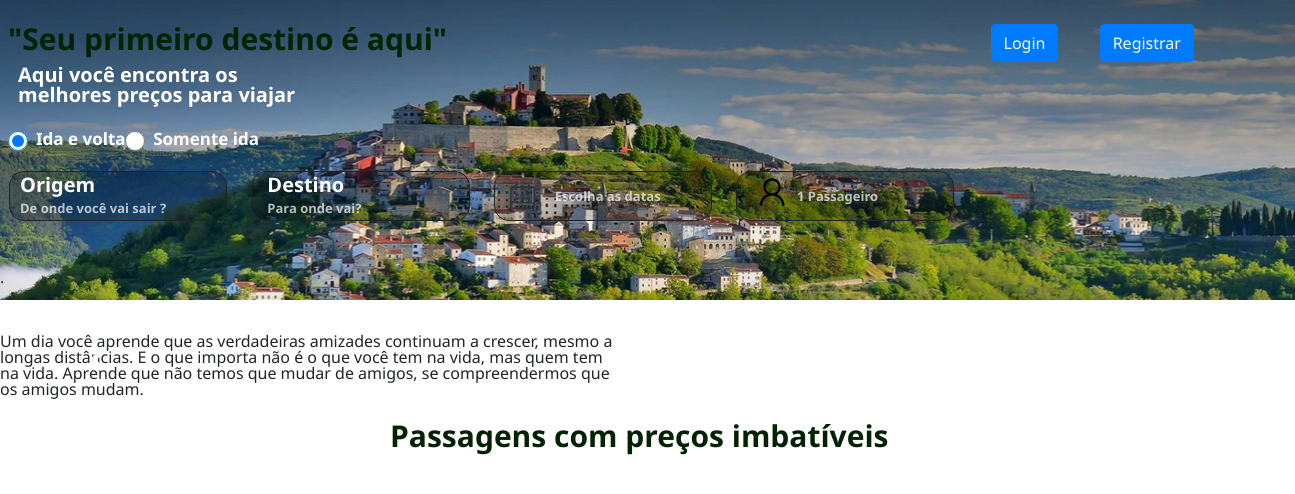
Repository: VictorFlay/Aplicacao-WEB
Page: http://localhost/ProjetoWeb/
An editor plug-in stored every save of this project. The page is shown before and after the next save, followed by the edit.
The browser window is 1280 px wide. The page is 1295 px wide, so the pictures cover 1295 px, including what lies to the right of the window. The pictures show the whole page.
Some web libraries are served in a nearby version. The page is served by Tomcat 9. Other server files are loaded and not shown. Queries for data that is not in the repository find no rows.

Above is the page before, as saved 2021-07-14 19:19:30.

### ProjetoWeb/WebContent/index.jsp
<%@page import="model.Passagem" %>
<html lang="pt">
<head>
	<%@ page contentType="text/html; charset=UTF-8" %>
 <meta http-equiv="Content-Type" content="text/html; charset=UTF-8" />
    <script
  src="https://code.jquery.com/jquery-3.6.0.js"
  integrity="sha256-H+K7U5CnXl1h5ywQfKtSj8PCmoN9aaq30gDh27Xc0jk="
  crossorigin="anonymous"></script>
    <meta charset="UTF-8">
    <meta http-equiv="X-UA-Compatible" content="IE=edge">
    <meta name="viewport" content="width=device-width, initial-scale=1.0">
    <link rel="stylesheet" type="text/css" href="css/design.css">
    <script src="https://code.jquery.com/jquery-3.2.1.slim.min.js" integrity="sha384-KJ3o2DKtIkvYIK3UENzmM7KCkRr/rE9/Qpg6aAZGJwFDMVNA/GpGFF93hXpG5KkN" crossorigin="anonymous"></script>

    <!-- Bootstrap CSS -->
    <link rel="stylesheet" href="https://maxcdn.bootstrapcdn.com/bootstrap/4.0.0/css/bootstrap.min.css" integrity="sha384-Gn5384xqQ1aoWXA+058RXPxPg6fy4IWvTNh0E263XmFcJlSAwiGgFAW/dAiS6JXm" crossorigin="anonymous">

    <title>Document</title>
    <%
    	String carousel = new Passagem().CarouselPromocao();
    	String carouselcards = new Passagem().CarouselCards();
    	String nome = (String) session.getAttribute("nome");
    %>
</head>
<body>



    <script src="https://cdnjs.cloudflare.com/ajax/libs/popper.js/1.12.9/umd/popper.min.js" integrity="sha384-ApNbgh9B+Y1QKtv3Rn7W3mgPxhU9K/ScQsAP7hUibX39j7fakFPskvXusvfa0b4Q" crossorigin="anonymous"></script>
    <script src="https://maxcdn.bootstrapcdn.com/bootstrap/4.0.0/js/bootstrap.min.js" integrity="sha384-JZR6Spejh4U02d8jOt6vLEHfe/JQGiRRSQQxSfFWpi1MquVdAyjUar5+76PVCmYl" crossorigin="anonymous"></script>
    <meta name="viewport" content="width=device-width, initial-scale=1, shrink-to-fit=no">


    <div class="container-fluid px-0">


        <img src="img/menu.jpg" class="img-responsive" alt="Responsive image" id="imagem">


    <div class="row">


        <div class="col-12 col-lg-9 justify-content-between mt-4 ml-2" id="mensagem">
            "Seu primeiro destino é aqui"
        </div>



	<% if(nome == null){ %>
    <div class="col-4 col-lg-1 mt-4">
      			<button type="button" class="btn btn-primary" data-toggle="modal" data-target="#login" data-whatever="@mdo">Login</button>

				<div class="modal fade" id="login" tabindex="-1" role="dialog" aria-labelledby="exampleModalLabel" aria-hidden="true">
				  <div class="modal-dialog" role="document">
				    <div class="modal-content">
				      <div class="modal-header">
				        <h5 class="modal-title" id="exampleModalLabel">Login</h5>
				        <button type="button" class="close" data-dismiss="modal" aria-label="Close">
				          <span aria-hidden="true">&times;</span>
				        </button>
				      </div>
				      <div class="modal-body">
				        <form method="POST" id="login-form">
				          <div class="form-group">
				          	<div class="alert alert-danger center" role="alert" id="errologin">

							</div>

				            <label for="login" class="col-form-label">Login:</label>
				            <input type="text" class="form-control" id="username" name="username">
				          </div>

				          <div class="form-group">

							<label for="senha" class="col-form-label">Senha:</label>
				            <input type="password" class="form-control" id="senha" name="senha">

				          </div>




				      <div class="modal-footer">
				        <button type="button" class="btn btn-secondary" data-dismiss="modal">Close</button>
				        <button type="submit" class="btn btn-primary">Send message</button>
				      </div>
				      </form>
				      </div>
				    </div>
				  </div>
				</div>



    </div>

<div class="col-4 col-lg-1 mt-4">
      			<button type="button" class="btn btn-primary" data-toggle="modal" data-target="#registrar" data-whatever="@mdo">Registrar</button>

				<div class="modal fade" id="registrar" tabindex="-1" role="dialog" aria-labelledby="exampleModalLabel" aria-hidden="true">
				  <div class="modal-dialog" role="document">
				    <div class="modal-content">
				      <div class="modal-header">
				        <h5 class="modal-title" id="exampleModalLabel">Registrar</h5>
				        <button type="button" class="close" data-dismiss="modal" aria-label="Close">
				          <span aria-hidden="true">&times;</span>
				        </button>
				      </div>
				      <div class="modal-body">
				        <form method="POST" id="register-form">
				        	<div class="alert alert-danger center" role="alert" id="erro">
  								Nome ou Login já cadastrado!
							</div>
				          <div class="form-group">
				            <label for="nome" class="col-form-label">Nome Completo:</label>
				            <input type="text" class="form-control" id="nome" name="nome">
				          </div>

				          <div class="form-group">
							<label for="login" class="col-form-label">Login:</label>
				            <input type="text" class="form-control" id="cxlogin" name="cxlogin">
				          </div>

				          <div class="form-group">
							<label for="senha" class="col-form-label">Senha:</label>
				            <input type="password" class="form-control" id="cxsenha" name="cxsenha">
				          </div>

				         <div class="form-row">
						<div class="form-group col-md-6">
							<label for="telefone" class="col-form-label">Telefone:</label>
				            <input type="text" class="form-control" id="telefone" placeholder="Digite seu telefone..." name="telefone">
				          </div>


						<div class="form-group col-md-3 ml-4">
							<label for="estado" class="col-form-label">Estado</label>
      						<select id="estado" class="form-control">
	        					<option value="AC" selected>AC</option>
	       						<option value="AL">AL</option>
	       						<option value="AP">AP</option>
	       						<option value="AM">AM</option>
	       						<option value="BA">BA</option>
	       						<option value="CE">CE</option>
	       						<option value="ES">ES</option>
	       						<option value="GO">GO</option>
	       						<option value="MA">MA</option>
	       						<option value="MT">MT</option>
	       						<option value="MS">MS</option>
	       						<option value="MG">MG</option>
	       						<option value="PA">PA</option>
	       						<option value="PB">PB</option>
	       						<option value="PR">PR</option>
	       						<option value="PE">PE</option>
	       						<option value="PI">PI</option>
	       						<option value="RJ">RJ</option>
	       						<option value="RN">RN</option>
	       						<option value="RS">RS</option>
	       						<option value="RO">RO</option>
	       						<option value="RR">RR</option>
	       						<option value="SC">SC</option>
	       						<option value="SP">SP</option>
	       						<option value="SE">SE</option>
	       						<option value="TO">TO</option>
	       						<option value="DF">DF</option>
      						</select>
						</div>
				      </div>


				      <div class="modal-footer">
				        <button type="button" class="btn btn-secondary" data-dismiss="modal">Close</button>
				        <button type="submit" class="btn btn-primary">Send message</button>
				      </div>
				      </form>
				      </div>
				    </div>
				  </div>
				</div>
  			</div>
	<% }

	else{
	%>
	<div class="row justify-content-end">
		<div class="col-4 col-lg-1 mt-4 ml-4">
			<a href="deslogar.jsp">
			<button type="button" class="btn btn-primary">Deslogar</button>
	        </a>
	    </div>
    </div>

	<% } %>

	</div>
    <div class="row">
        <div class="col-12 col-lg-3 ml-2" id="mensagem2">
            Aqui você encontra os melhores preços para viajar
        </div>
    </div>

    <div class="row">
        <div class="col-2 col-lg-1 mt-4 ml-2">
            <div class="form-check" >
                <input class="form-check-input" type="radio" name="exampleRadios" id="radio1" value="option1" checked>
                <label class="form-check-label jss29 ml-2 mt-1" for="exampleRadios1">
                    Ida e volta
                </label>
            </div>
        </div>

        <div class="col-2 col-lg-1 mt-4 ml-2">
            <div class="form-check">
                <input class="form-check-input" type="radio" name="exampleRadios" id="radio1" value="option1">
                <label class="form-check-label jss29 ml-2 mt-1" for="exampleRadios1">
                    Somente ida
                </label>
            </div>
        </div>
    </div>

    <div class="row">
        <div class="col-5 col-lg-2 mt-4 ml-4" id="origem">
            <div class="jss1"><p>Origem</p></div>
            <div class="jss2">De onde você vai sair ?</div>
        </div>

        <div class="col-5 col-lg-2 mt-4 ml-4" id="destino">
            <div class="jss3">Destino</div>
            <div class="jss4">Para onde vai?</div>
        </div>

        <div class="col-5 col-lg-2 mt-4 ml-4" id="calendario">
            <img src="img/calendario.jpg" width="25px" height="25px" id="iconecalendario">
            <div class="jss5">Escolha as datas</div>
        </div>

        <div class="col-5 col-lg-2 mt-4 ml-4" id="passageiro">
            <div id="perfil">
                <img src="img/perfil.png" width="40px" height="40px" >
            </div>
            <div class="jss6">1 Passageiro</div>
        </div>




      </div>

	<div class="row mt-5">
		 <div class="col-sm-6 col-lg-2">
		.
        </div>
	</div>


      <div class="row mt-5">
        <div class="col-6 col-lg-6 ">
            Um dia você aprende que as verdadeiras amizades continuam a crescer, mesmo a longas distâncias. E o que importa não é o que você tem na vida, mas quem tem na vida. Aprende que não temos que mudar de amigos, se compreendermos que os amigos mudam.
         </div>
         <div class="col-6 col-lg-5">
			<% out.print(carousel); %>
         </div>
        <div class="col-12 col-lg-12 ">
            <div class="mx-auto msg mt-4" style="width: 500px;">
  				Passagens com preços imbatíveis
			</div>
         </div>
		</div>



		<div class="row mt-4">
			<div class="col-sm-12">

				<% out.print(carouselcards); %>

			</div>
		</div>


</div>







<script src="https://code.jquery.com/jquery-3.3.1.min.js" integrity="sha256-FgpCb/KJQlLNfOu91ta32o/NMZxltwRo8QtmkMRdAu8=" crossorigin="anonymous"></script>
<script type="text/javascript" src="js/script.js"></script>






</body>
</html>

### ProjetoWeb/src/model/Passagem.java
package model;


import java.sql.ResultSet;
import java.sql.SQLException;
import java.text.NumberFormat;
import java.util.Locale;

import database.DBQuery;

public class Passagem {
	private int idPassagem;
	private int idLocalizacao;
	private int promocao;

	private String tableName = "";
	private String fieldsName = "";
	private String keyField = "";
	private DBQuery dbQuery = null;

	Locale ptBr = new Locale("pt", "BR");

	public Passagem() {
		this.tableName = "passagem";
		this.fieldsName = "idLocalizacao, promocao";
		this.keyField = "idPassagem";
		this.dbQuery = new DBQuery(this.tableName, this.fieldsName, this.keyField);
	}

	public Passagem(String idLocalizacao, String promocao) {
		this.tableName = "passagem";
		this.fieldsName = "idLocalizacao, promocao";
		this.keyField = "idPassagem";
		this.dbQuery = new DBQuery(this.tableName, this.fieldsName, this.keyField);

		this.setIdLocalizacao(Integer.parseInt(idLocalizacao));
		this.setPromocao(Integer.parseInt(promocao));
	}

	public String[] toArray() {
		return(
			new String[] {
				""+this.getIdLocalizacao(),
				""+this.getPromocao()
			}
		);
	}

	public boolean save() {
		ResultSet rs = this.dbQuery.select("idLocalizacao = '"+this.getIdLocalizacao()+"'");
		try {
			while(rs.next()) {
				return true;
			}
		} catch (SQLException e) {

		}
		this.dbQuery.insert(this.toArray());
		return false;
	}


	public String CarouselPromocao() {
		ResultSet rss = this.dbQuery.selectPromocao("PROMOCAO = 1 group by lo.nome");
		String saida = "<div id=\"indicador\" class=\"carousel slide\" data-ride=\"carousel\">";

		int i = 0;
		saida += "<ol class=\"carousel-indicators\">";
		try {
			while(rss.next()) {
				if(i == 0) {
					saida += "<li data-target=\"#indicador\" data-slide-to="+i+" class=\"active\"></li>";
				}
				else {
					saida += "<li data-target=\"#indicador\" data-slide-to="+i+"></li>";
				}
				i++;
			}
		} catch (SQLException e1) {

			e1.printStackTrace();
		}
		saida += "</ol>";


		ResultSet rs = this.dbQuery.selectPromocao("PROMOCAO = 1 group by lo.nome");
		saida += "<div class=\"carousel-inner\">";
		i = 0;
		try {
			while(rs.next()) {
				if(i == 0) {
				saida += "<div class=\"carousel-item active\">\r\n" +
						"<a href=passagens.jsp?idpassagem="+rs.getString("passagem")+">"+
						"  <img class=\"d-block w-100\" src=" + rs.getString("URL") + " style=\"height:380px; width:350px;\">\r\n" +
						"</a>" +
						" <div class=\"carousel-caption d-none d-md-block\">" +
						"<h4>" + rs.getString("nome") + "</h4>" +
						"<p>" + "preço a partir de: " + NumberFormat.getCurrencyInstance(ptBr).format(rs.getFloat("preco")) + "<p>" +
						" </div> </div>";
				}
				else {
					saida += "<div class=\"carousel-item\">\r\n" +
							"<a href=passagens.jsp?idpassagem="+rs.getString("passagem")+">"+
							"  <img class=\"d-block w-100\" src=" + rs.getString("URL") + " style=\"height:380px; width:350px;\">\r\n" +
							"</a>" +
							" <div class=\"carousel-caption d-none d-md-block\">" +
							"<h4>" + rs.getString("nome") + "</h4>" +
							"<p>" + "preço a partir de: " + NumberFormat.getCurrencyInstance(ptBr).format(rs.getFloat("preco")) + "<p>" +
							" </div> </div>";
				}
				i++;
			}
		}catch (SQLException e) {
			e.printStackTrace();
		}
		saida +="</div>";

		saida += "  <a class=\"carousel-control-prev\" href=\"#indicador\" role=\"button\" data-slide=\"prev\">\r\n" +
				"    <span class=\"carousel-control-prev-icon\" aria-hidden=\"true\"></span>\r\n" +
				"    <span class=\"sr-only\">Previous</span>\r\n" +
				"  </a>\r\n" +
				"  <a class=\"carousel-control-next\" href=\"#indicador\" role=\"button\" data-slide=\"next\">\r\n" +
				"    <span class=\"carousel-control-next-icon\" aria-hidden=\"true\"></span>\r\n" +
				"    <span class=\"sr-only\">Next</span>\r\n" +
				"  </a>\r\n" +
				"</div>";

		return (saida);
	}


	public String CarouselCards() {
		ResultSet rs = this.dbQuery.selectPromocao("PROMOCAO = 0 group by lo.nome");

		String saida = "<div id=\"inam\" class=\"carousel slide\" data-ride=\"carousel\">";
		saida += "	<div class=\"carousel-inner\">\r\n";


		int i = 0;
		try {
			while(rs.next()) {
				if(i == 0) {
					saida += "<div class=\"carousel-item active dr\">\r\n" +
							"	<div class=\"container\">\r\n" +
							"		<div class=\"row\">";
				}else if(i % 3 == 0) {
					saida += "<div class=\"carousel-item dr\">\r\n" +
							"	<div class=\"container\">\r\n" +
							"		<div class=\"row\">";
				}
				i++;
				saida += "<div class=\"col-3 col-lg-3\">\r\n" +
						"	<div class=\"card\" style=\"width: 100%;height: 100%;margin: auto;\">\r\n" +
						"	<img src=" + rs.getString("URL") + " class=\"card-img-top\">\r\n" +
						"	<div class=\"card-body\">\r\n" +
						"		<h2 class=\"card-title\">" + rs.getString("nome") + "</h2>" +
						"		<p class=\"card-text\">" +"<h6>Preço a partir de: "+ NumberFormat.getCurrencyInstance(ptBr).format(rs.getFloat("preco")) +"</h6></p>\r\n" +
						"			<a href=passagens.jsp?idpassagem=" + rs.getString("passagem") + ">" +
						"		<button type=\"button\" class=\"btn btn-warning\">Detalhes</button>\r\n" +
						"			</a>" +
						"		</div>" +
						"	</div>" +
						"</div>";

				if(i % 3 == 0) {
					saida += "</div>\r\n" +
							"</div>\r\n" +
							"</div>";
				}
			}
		saida += "</div></div></div>";


		saida += "<a href=\"#inam\" class=\"carousel-control-prev\" data-slide=\"prev\">\r\n" +
					"<span class=\"carousel-control-prev-icon\"></span>\r\n" +
				"</a>\r\n" +
				"<a href=\"#inam\" class=\"carousel-control-next\" data-slide=\"next\">\r\n" +
				"	<span class=\"carousel-control-next-icon\"></span>\r\n" +
				"</a>\r\n" +
				"</div>";
		} catch (SQLException e) {
			// TODO Auto-generated catch block
			e.printStackTrace();
		}
		return (saida);
	}

	public String destino (String idpassagem) {
		ResultSet rs = this.dbQuery.destino ("passagem.idPassagem = '" + idpassagem + "'");
		String saida = null;

		try {
			while (rs.next ()) {
				saida = rs.getString ("nome");
			}
		} catch (SQLException e) {
			// TODO bloco de captura gerado automaticamente
			e.printStackTrace ();
		}

		return (saida);
	}

	public String passagemDisponivel() {
		ResultSet rs = this.dbQuery.selectPassagem("");
		String saida = "<select id=\"cxpassagem\" name=\"cxpassagem\" class=\"form-control\">";
		try {
			while(rs.next()) {
				saida += "<option value="+ rs.getInt("idPassagem")+">"+ rs.getString("nome") + "</option>";
			}
			saida += "</select>";

		} catch (SQLException e) {
			e.printStackTrace();
		}
		return(saida);
	}


	public String selectPassagem() {
		ResultSet rs = this.dbQuery.selectPassagem("");
		String saida = "";

		try {
			while(rs.next()) {
				saida += "<div class=\"col-md-3 mt-3\">\r\n" +
						"		<div class=\"card\">\r\n" +
						"		  <div class=\"card-body\">\r\n" +
						"		<div class=\"col text-center\">" +
						"			<img src=\"img/globo.png\" class=\"bloco\" >" +
						"		</div>" +
						"		<div class=\"row mt-1\">\r\n" +
						"			<div class=\"col-md-12\">" +
						"		    <h6 class=\"card-text\">Nome do lugar: "+rs.getString("nome")+ "</h6>\r\n" +
						"			</div>" +
						"		</div>" +
						"		<div class=\"row mt-1\">\r\n" +
						"			<div class=\"col-md-12\">" +
						"		    	<h6 class=\"card-text\">Promoção (destaque index): "+(rs.getInt("promocao")==0?"Não":"Sim")+ "</h6>\r\n" +
						"			</div>" +
						"		</div>" +
						"		<div class=\"row justify-content-center mt-2 \">" +
						"			<div class=\"col-3 text-center\">\r\n" +
						"				<a href="+"excluirpassagem.jsp?idpassagem="+rs.getInt("id")+">" +
						"					<button type=\"button\" class=\"btn btn-primary excluirpassagem\" data-toggle=\"modal\" data-target=\"#myModal\">\r\n" +
						"						Excluir" +
						"					</button>\r\n"+
						"				</a>" +
						"		</div></div>  </div>\r\n" +
						"		</div>\r\n" +
						"</div>";
			}
		} catch (SQLException e) {
			// TODO Auto-generated catch block
			e.printStackTrace();
		}

		saida += "</div>";
		return(saida);
	}


	public void deletePassagem() {
		ResultSet rs = this.dbQuery.quantidadePassagem("passagem.idPassagem="+this.getIdPassagem());
		int qntd = 0;
		try {
			while(rs.next()) {
				qntd = rs.getInt("qntd");
			}
		} catch (SQLException e) {
			e.printStackTrace();
		}
		if(qntd >= 1) {
			this.dbQuery.deleteLinha("idPassagem="+ "" + this.getIdPassagem());
			this.dbQuery.deletePassagem("idPassagem=" + "" + this.getIdPassagem());
		}else {
			this.dbQuery.deletePassagem("idPassagem=" + "" + this.getIdPassagem());
		}

	}

	public int getIdPassagem() {
		return idPassagem;
	}

	public void setIdPassagem(int idPassagem) {
		this.idPassagem = idPassagem;
	}

	public int getIdLocalizacao() {
		return idLocalizacao;
	}

	public void setIdLocalizacao(int idLocalizacao) {
		this.idLocalizacao = idLocalizacao;
	}

	public int getPromocao() {
		return promocao;
	}

	public void setPromocao(int promocao) {
		this.promocao = promocao;
	}

}

### ProjetoWeb/src/database/DBConnection.java
package database;


import java.lang.reflect.InvocationTargetException;
import java.sql.Connection;
import java.sql.DriverManager;
import java.sql.SQLException;

public class DBConnection {

	private String host;
	private String port;
	private String schema;
	private String user;
	private String password;

	private Connection connection = null;

	public DBConnection(String host, String port, String schema, String user, String password) {
		this.setHost(host);
		this.setPort(port);
		this.setSchema(schema);
		this.setUser(user);
		this.setPassword(password);
		this.doConnection();
	}

	public DBConnection() {
		this.setHost	("localhost");
		this.setPort	("3306");
		this.setSchema	("agencia");
		this.setUser	("root");
		this.setPassword("");
		this.doConnection();
	}

	private void doConnection() {
		String timezone = "&useTimezone=true&serverTimezone=UTC";// use o &useTimezone=true&serverTimezone=UTC para não ter problemas de data;
		String url = "jdbc:mysql://"+this.host+":"+port+"/"+this.schema+"?user="+this.user+"&password="+this.password+timezone;
		try {
			// Class.forName("com.mysql.jdbc.Driver").newInstance();
			// A linha acima foi depreciada após o mysql 8.0
			// A partir do mysql-connector-java-8.0.17.jar utilize as duas linhas abaixo
			Class.forName("com.mysql.cj.jdbc.Driver").getConstructor().newInstance();
			DriverManager.registerDriver(new com.mysql.cj.jdbc.Driver());
			this.connection = DriverManager.getConnection(url);
		} catch (InstantiationException e){
			e.printStackTrace();
		} catch (IllegalAccessException e){
			e.printStackTrace();
		} catch (ClassNotFoundException e) {
			e.printStackTrace();
		} catch (SQLException e) {
			e.printStackTrace();
		}catch (IllegalArgumentException e) {
			e.printStackTrace();
		} catch (InvocationTargetException e) {
			e.printStackTrace();
		} catch (NoSuchMethodException e) {
			e.printStackTrace();
		} catch (SecurityException e) {
			e.printStackTrace();
		}
	}

	public String getHost() {
		return host;
	}

	public void setHost(String host) {
		this.host = ( host.isEmpty() ? "localhost" : host ) ;
	}

	public String getPort() {
		return port;
	}

	public void setPort(String port) {
		this.port = ( port.isEmpty() ? "3306" : port ) ;
	}

	public String getSchema() {
		return schema;
	}

	public void setSchema(String schema) {
		this.schema = schema;
	}

	public String getUser() {
		return user;
	}

	public void setUser(String user) {
		this.user = user;
	}

	public String getPassword() {
		return password;
	}

	public void setPassword(String password) {
		this.password = password;
	}

	public Connection getConnection() {
		return (this.connection);
	}

}

### ProjetoWeb/WebContent/js/script.js
$(document).ready(function(){

	$('mensagem').text('ola');

	$('.primeirabarra').click(function(){
            $('.origem').css({'visibility': 'visible'});
        });



    $('.quartabarra').click(function(){
        $('.barrapassageiroescondido').css({'visibility': 'visible'});
    });



    var countadulto = 0;

    $('.jss22').click(function(){
        if(countadulto >= 0 && countadulto < 9){
            countadulto++;
            $('.jss23').val(countadulto);
            var i = countadulto;
            if(i > 0){
                $('.jss153').attr("src", "img/diminuir.png");
            }
            if(i == 9){
                $('.jss154').attr("src", "img/aumentardesativado.png");
                $('.jss22').css({'cursor': 'default'});
            }
            aplicar($('.jss23').val(), $('.jss28').val());
        }
    });


    $('.jss21').click(function(){
        if(countadulto > 0 && countadulto <= 9){
            countadulto--;
            $('.jss23').val(countadulto);
            $('.jss154').attr("src", "img/aumentar.png");
            if(countadulto == 0){
                $('.jss153').attr("src", "img/diminuirdesativado.png");
            }
            aplicar($('.jss23').val(), $('.jss28').val());
        }
    });





    var countcrianca = 0;

$('.jss26').click(function(){
    if(countcrianca >= 0 && countcrianca < 9){
        countcrianca++;
        $('.jss28').val(countcrianca);
        var i = countcrianca;
        if(i > 0){
            $('.jss155').attr("src", "img/diminuir.png");
        }
        if(i == 9){
            $('.jss156').attr("src", "img/aumentardesativado.png");
            $('.jss26').css({'cursor': 'default'});
        }
        aplicar($('.jss23').val(), $('.jss28').val());
    }
});

$('.jss25').click(function(){
    if(countcrianca > 0 && countcrianca <= 9){
        countcrianca--;
        $('.jss28').val(countcrianca);
        $('.jss156').attr("src", "img/aumentar.png");
        if(countcrianca == 0){
            $('.jss155').attr("src", "img/diminuirdesativado.png");
        }
        aplicar($('.jss23').val(), $('.jss28').val());
    }
});



function aplicar(adulto, crianca){
        if(adulto > 0 || crianca > 0){
            $('.jss20').css({'color': 'black', 'cursor': 'pointer'});
        }
        if(adulto == 0 && crianca == 0){
            $('.jss20').css({'color': 'grey', 'cursor': 'default'});
        }

    }






    $('.jss152').click(function(){
        $('.jss16').css({'background-color': 'white'});
        $('.jss17').css({'background-color': 'cornflowerblue'});
        $('.jss17').prop('checked', true);
    });

    $('.jss151').click(function(){
        $('.jss18').prop('disabled', true);
        $('.jss16').css({'background-color': 'cornflowerblue'});
        $('.jss17').css({'background-color': 'white'});
        $('.jss16').prop('checked', true);
    });







        $('#aumentar').click(function(){
            count++;
            $('.jss69').val(count);
        });

        $('#diminuir').click(function(){
            count--;
            $('#testar').text(count);
        });


        $('.jss20').prop("readonly", true);


		$( '#login-form' ).submit(function(event){

			event.preventDefault();
			var data ={
					login: $('#username').val(),
					senha: $('#senha').val(),
			}



			$.ajax({
				url: "${pageContext.request.contextPath}/Auth",
				type: "post",
				dataType: "json",
				data: data,
				success: function(data, textStatus, jqXHR){
					if(data.status){
						window.location.href = 'index.jsp';
					}else{
						$( '#errologin' ).text( data.mensagem );
						$( '#errologin' ).css({'display': 'block'});
					}

				}
			})





		});



		$( '#register-form' ).submit(function(event){

			event.preventDefault();
			var data ={
					nome: $('#nome').val(),
					login: $('#cxlogin').val(),
					senha: $('#cxsenha').val(),
					telefone: $('#telefone').val(),
					estado: $('#estado').val()
			}


			$.ajax({
				url: "${pageContext.request.contextPath}/Register",
				type: "post",
				dataType: "json",
				data: data,
				success: function(data, textStatus, jqXHR){
					if(data.status){
						alert(data.mensagem);
						window.location.href = 'teste1.jsp';
					}else{
						$( '#erro' ).text( data.mensagem );
						$( '#erro' ).css({'display': 'block'});
					}

				}
			})

		});

});

Loaded but not shown: ProjetoWeb/WebContent/css/design.css (780 lines, source omitted)

After the next save:
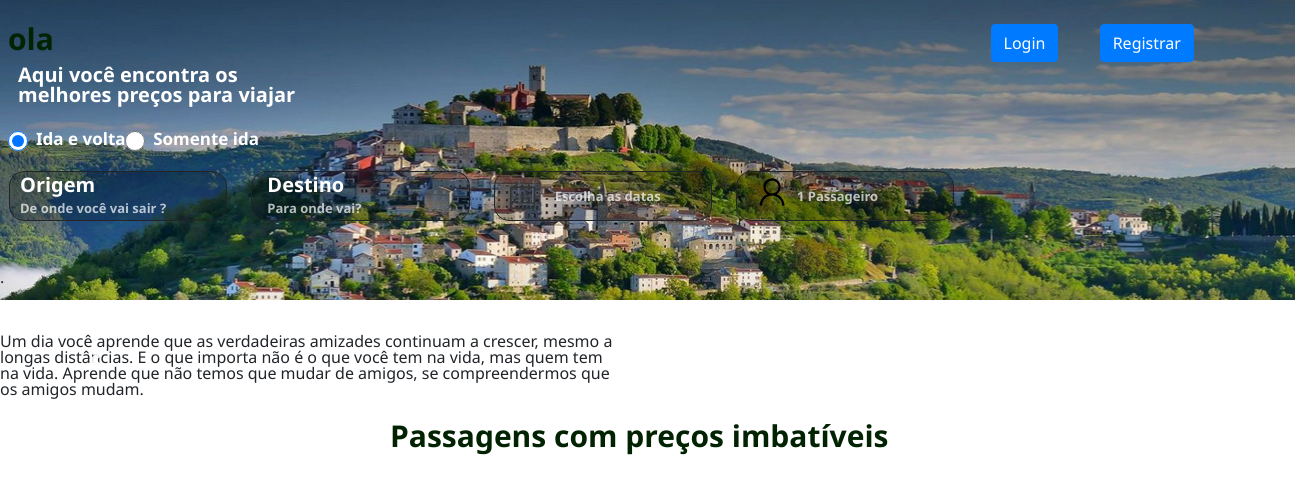
Saved 8 s later.
--- a/ProjetoWeb/WebContent/js/script.js
+++ b/ProjetoWeb/WebContent/js/script.js
@@ -1,6 +1,6 @@
 $(document).ready(function(){
 
-	$('mensagem').text('ola');
+	$('#mensagem').text('ola');
 
 	$('.primeirabarra').click(function(){
             $('.origem').css({'visibility': 'visible'});
